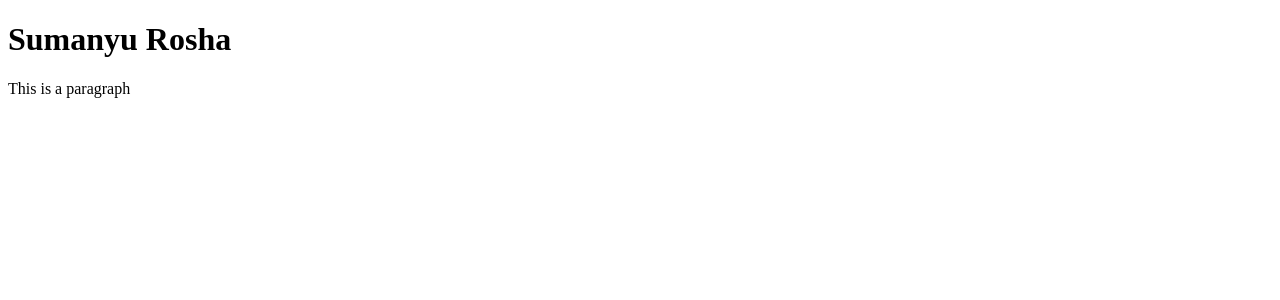
Repository: sumanyurosha/EclipseWorkspace
Page: http://localhost/FirstWebProject/
These files come from the project's save history. The page is drawn as it stood at one moment and after the next save; the edit follows.
The browser window is 1280 px wide. The pictures show the whole page.
The page is served by Tomcat 9. Other server files are loaded and not shown.

Above is the page before, as saved 2018-07-13 06:13:09.

### FirstWebProject/WebContent/index.jsp
<%@ page language="java" contentType="text/html; charset=UTF-8"
    pageEncoding="UTF-8"%>
<!DOCTYPE html PUBLIC "-//W3C//DTD HTML 4.01 Transitional//EN" "http://www.w3.org/TR/html4/loose.dtd">
<html>
<head>
<meta http-equiv="Content-Type" content="text/html; charset=UTF-8">
<title>Fidelity International</title>
</head>
<body>
<h1>Sumanyu Rosha</h1>
<p>This is a paragraph</p>
</body>
</html>

After the next save:
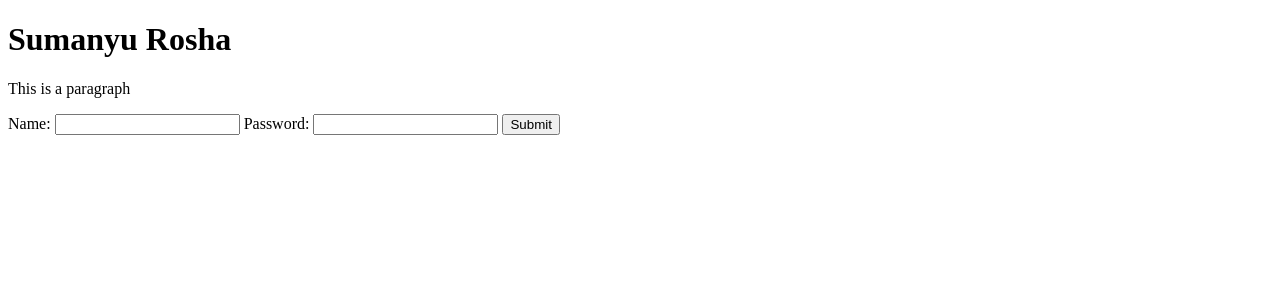
Saved 4 min 29 s later.
--- a/FirstWebProject/WebContent/index.jsp
+++ b/FirstWebProject/WebContent/index.jsp
@@ -9,5 +9,10 @@
 <body>
 <h1>Sumanyu Rosha</h1>
 <p>This is a paragraph</p>
+<form method="LoginServlet" action="post">
+Name: <input type="text" name="username">
+Password: <input type="text" name="password">
+<input type="submit" name="submit">
+</form>
 </body>
 </html>
